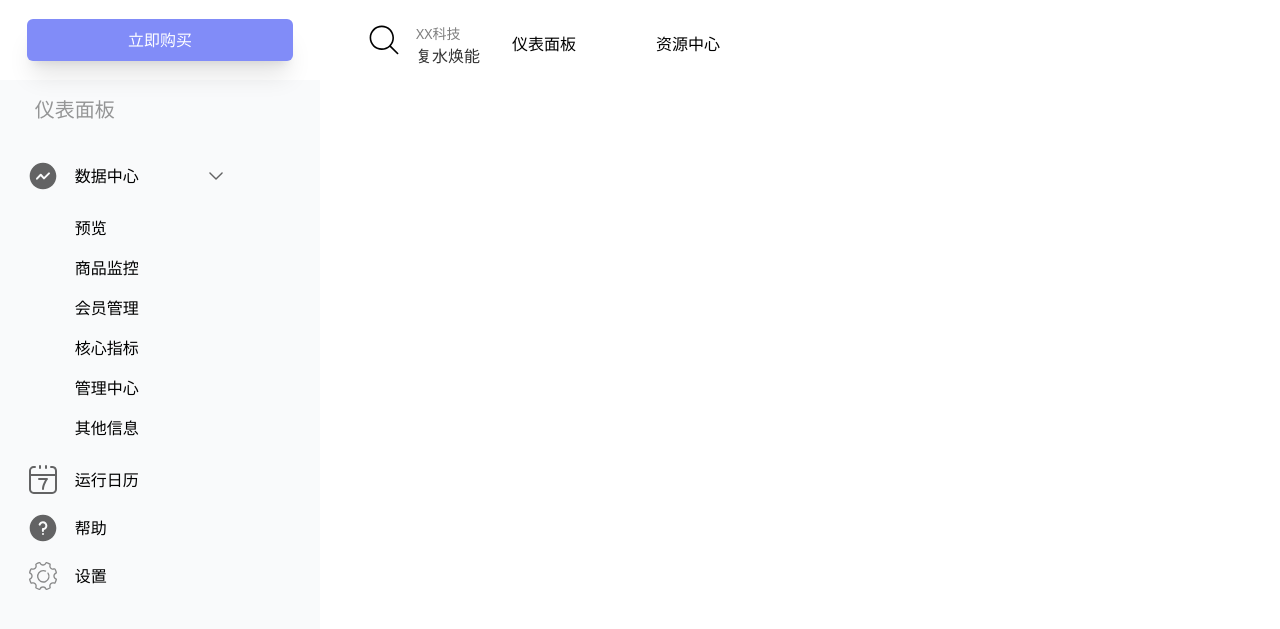
Repository: LiuRuohui/useWater
Page: /
The author's editor kept a copy of each file at every save. The page is drawn from the files as they stood at one save, then again after the next save.
The browser window is 1280 px wide. The pictures show the whole page.
The project was rebuilt for these pictures with package versions that can differ from the ones it lists, and the page was loaded fresh each time. Also part of the build but not shown: vite.config.js.

Above is the page before, as saved 2022-04-06 09:40:06.

### src/App.vue
<script setup>
import HelloWorld1 from './components/HelloWorld.vue';
</script>

<template>
  <HelloWorld1></HelloWorld1>
</template>

<style>
</style>

### src/index.css
@tailwind base;
@tailwind components;
.inputFrame {
    @apply appearance-none rounded-none relative block w-full px-3 py-2 border border-gray-300 placeholder-gray-500 text-gray-900
}

.inputFrame:focus {
    @apply outline-none border-indigo-500 z-10 inline-block px-5 py-3 rounded-lg shadow-lg
}

.btn {
    @apply relative flex w-full justify-center py-2 border border-transparent font-medium rounded-md text-white bg-indigo-400
}

.btn:hover {
    @apply bg-indigo-500
}

.btn:focus {
    @apply outline-none ring-2 ring-offset-2 ring-indigo-400
}

@tailwind utilities;

### src/components/HelloWorld.vue
<script setup>

</script>

<template>
<div class="w-full h-screen flex flex-row select-none">
  <div class="w-1/4 h-screen justify-center items-center flex flex-col">
    <div class="w-full h-20 justify-center items-center flex">
        <div class="w-5/6">
            <button class="btn text-white justify-center items-center shadow-xl">立即购买</button>
        </div>
    </div>
    <div class="w-full flex flex-grow bg-gray-50 justify-center">
        <div class="w-5/6 pt-4 flex flex-col">
            <div class="h-8 text-xl opacity-40 pl-2">仪表面板</div>
            <div class="mt-4 flex flex-grow flex-col">
                <div class="flex flex-col py-2 hover:cursor-pointer">
                    <div class="flex flex-row py-2 hover:bg-blue-200 hover:cursor-pointer">
                      <img src="../assets/数据.svg" alt="" class="h-8 opacity-60">
                      <div class="pl-4 pt-1">数据中心</div>
                      <img src="../assets/下拉.svg" alt="" class="my-1 h-6 opacity-60 flex flex-row-reverse flex-grow">
                    </div>
                    <div class="mt-2 flex flex-col hover:cursor-pointer">
                        <div class="py-2 pl-12 hover:bg-blue-200">预览</div>
                        <div class="py-2 pl-12 hover:bg-blue-200">商品监控</div>
                        <div class="py-2 pl-12 hover:bg-blue-200">会员管理</div>
                        <div class="py-2 pl-12 hover:bg-blue-200">核心指标</div>
                        <div class="py-2 pl-12 hover:bg-blue-200">管理中心</div>
                        <div class="py-2 pl-12 hover:bg-blue-200">其他信息</div>
                    </div>
                </div>
                <div class="flex flex-row py-2 hover:bg-blue-200 hover:cursor-pointer">
                  <img src="../assets/日历.svg" alt="" class="h-8 opacity-60">
                  <div class="pl-4 pt-1">运行日历</div>
                </div>
                <div class="flex flex-row py-2 hover:bg-blue-200 hover:cursor-pointer">
                  <img src="../assets/帮助.svg" alt="" class="h-8 opacity-60">
                  <div class="pl-4 pt-1">帮助</div>
                </div>
                <div class="flex flex-row py-2 hover:bg-blue-200 hover:cursor-pointer">
                  <img src="../assets/设置.svg" alt="" class="h-8 opacity-60">
                  <div class="pl-4 pt-1">设置</div>
                </div>
            </div>
        </div>
    </div>
  </div>
  <div class="flex flex-grow flex-col">
      <div class="flex flex-row h-24">
          <img src="../assets/搜索.svg" alt="" class="h-8 mt-6 pl-12 hover:cursor-pointer">
          <div class="flex flex-col pt-6 px-4 hover:cursor-pointer">
              <div class="text-sm opacity-50">XX科技</div>
              <div class="text-md opacity-80">复水焕能</div>
          </div>
          <div class="text-base px-4 mt-8 hover:cursor-pointer">仪表面板</div>
          <div class="text-base pl-16 mt-8 hover:cursor-pointer">资源中心</div>
      </div>
  </div>
</div>
</template>

<style scoped>

</style>

### tailwind.config.js
module.exports = {
    content: [
        "./index.html",
        "./src/**/*.{vue,js,ts,jsx,tsx}",
    ],
    theme: {
        extend: {},
    },
    variants: {
        backgroundColor: ['responsive', 'hover', 'focus', 'active']
    },
    plugins: [],
}

Loaded but not shown: index.html (common file); src/main.js (common file)

After the next save:
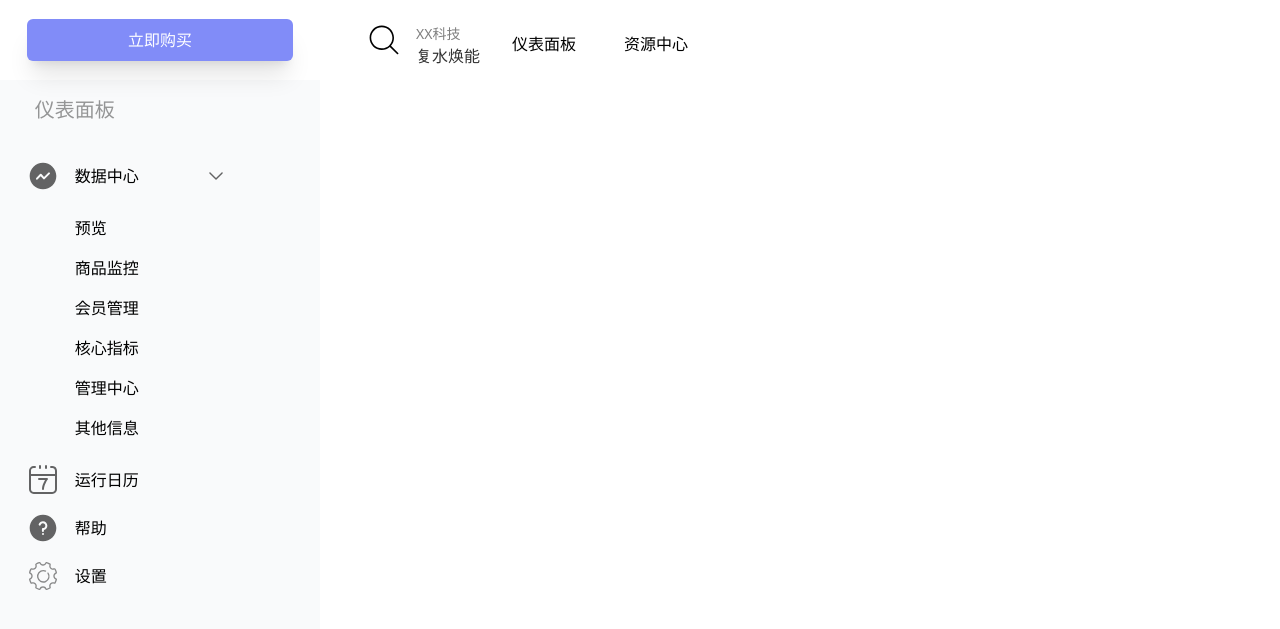
Saved 8 s later.
--- a/src/components/HelloWorld.vue
+++ b/src/components/HelloWorld.vue
@@ -53,7 +53,7 @@
               <div class="text-md opacity-80">复水焕能</div>
           </div>
           <div class="text-base px-4 mt-8 hover:cursor-pointer">仪表面板</div>
-          <div class="text-base pl-16 mt-8 hover:cursor-pointer">资源中心</div>
+          <div class="text-base px-8 mt-8 hover:cursor-pointer">资源中心</div>
       </div>
   </div>
 </div>
